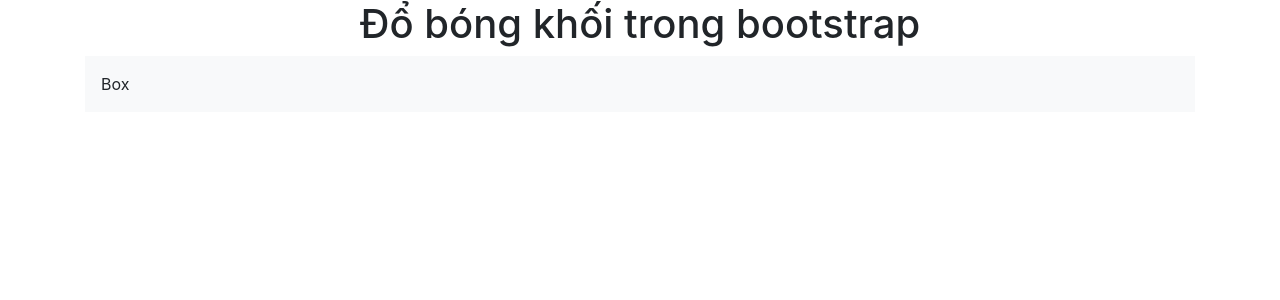
Repository: anhtu2110/front_end
Page: lesson/bootstrap/box/4.11-shadow.html
An editor plug-in stored every save of this project. The page is shown before and after the next save, followed by the edit.
The browser window is 1280 px wide. The pictures show the whole page.

Above is the page before, as saved 2022-12-02 14:37:58.

### lesson/bootstrap/box/4.11-shadow.html
<!DOCTYPE html>
<html lang="en">
  <head>
    <meta charset="UTF-8" />
    <meta http-equiv="X-UA-Compatible" content="IE=edge" />
    <meta name="viewport" content="width=device-width, initial-scale=1.0" />
    <link rel="stylesheet" href="./bootstrap/css/bootstrap.min.css" />
    <title>Đổ bóng khối trong bootstrap</title>
  </head>
  <body>
    <div class="container">
      <div class="row">
        <div class="col-md-12">
          <h1 class="text-center">Đổ bóng khối trong bootstrap</h1>
          <div class="shadow-none p-3 bg-light">Box</div>
        </div>
      </div>
    </div>
    <script src="js/jquery-3.6.1.min.js"></script>
    <script src="js/popper.min.js"></script>
    <script src="./bootstrap/js/bootstrap.min.js"></script>
  </body>
</html>

Loaded but not shown: lesson/bootstrap/box/bootstrap/css/bootstrap.min.css (library); lesson/bootstrap/box/js/jquery-3.6.1.min.js (library); lesson/bootstrap/box/js/popper.min.js (library); lesson/bootstrap/box/bootstrap/js/bootstrap.min.js (library)

After the next save:
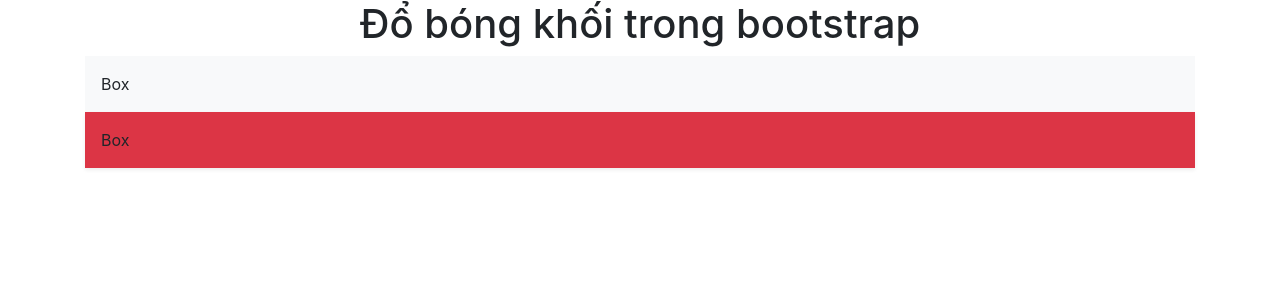
Saved 61 s later.
--- a/lesson/bootstrap/box/4.11-shadow.html
+++ b/lesson/bootstrap/box/4.11-shadow.html
@@ -13,6 +13,7 @@
         <div class="col-md-12">
           <h1 class="text-center">Đổ bóng khối trong bootstrap</h1>
           <div class="shadow-none p-3 bg-light">Box</div>
+          <div class="shadow-sm p-3 bg-danger">Box</div>
         </div>
       </div>
     </div>

After the save that followed:
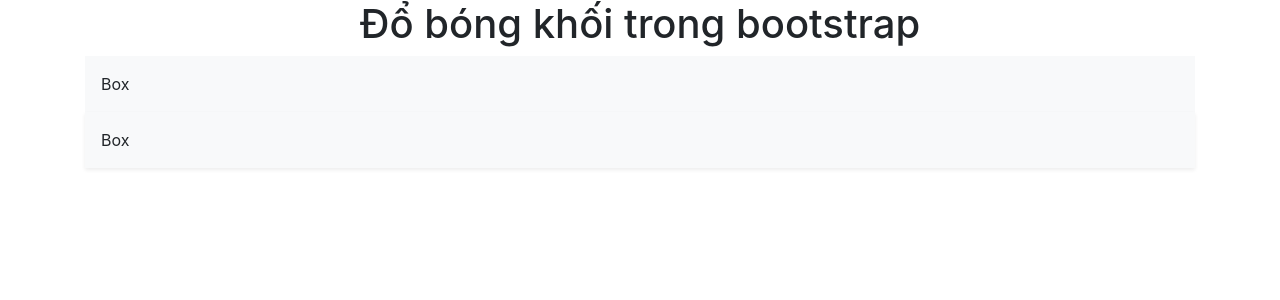
Saved 24 s later.
--- a/lesson/bootstrap/box/4.11-shadow.html
+++ b/lesson/bootstrap/box/4.11-shadow.html
@@ -13,7 +13,7 @@
         <div class="col-md-12">
           <h1 class="text-center">Đổ bóng khối trong bootstrap</h1>
           <div class="shadow-none p-3 bg-light">Box</div>
-          <div class="shadow-sm p-3 bg-danger">Box</div>
+          <div class="shadow-sm p-3 bg-light">Box</div>
         </div>
       </div>
     </div>
